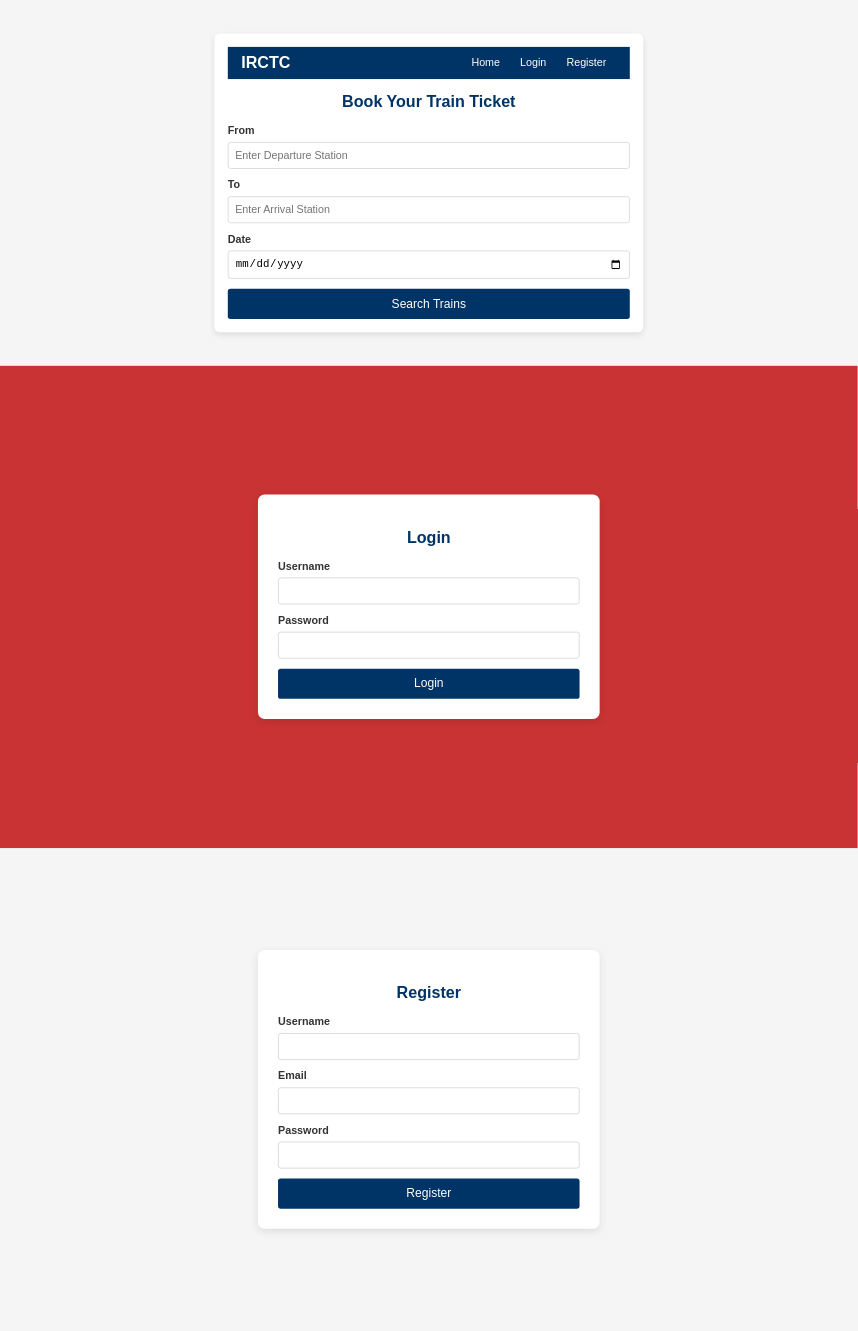
Repository: ssaddamhuss100/IRCTC-Clone
Page: /
An editor plug-in stored every save of this project. The page is shown before and after the next save, followed by the edit.
The browser window is 1280 px wide. The pictures show the whole page, at 67% of full size.
The project was rebuilt for these pictures with package versions that can differ from the ones it lists, and the page was loaded fresh each time. Also part of the build but not shown: vite.config.js, src/components/Header/Header.css, src/components/Header/Header.jsx.

Above is the page before, as saved 2025-01-19 11:55:32.

After the next save:
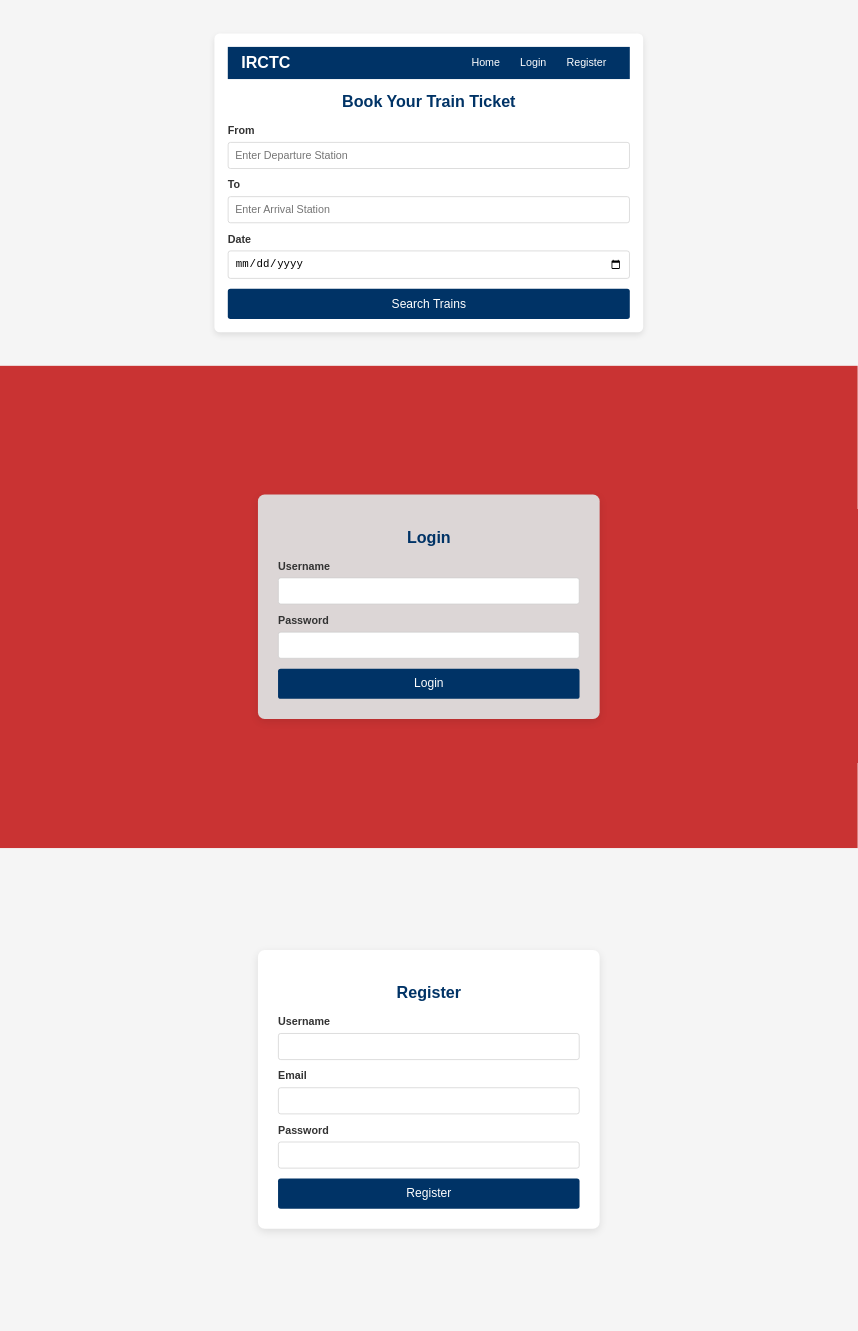
Saved 14 s later.
--- a/src/pages/Login/Login.css
+++ b/src/pages/Login/Login.css
@@ -9,7 +9,7 @@
 
 /* Form box layout similar to IRCTC */
 .login-box {
-  background-color: #ffffff; /* White background for form */
+  background-color: #dcd6d6; /* White background for form */
   padding: 30px;
   border-radius: 10px; /* Rounded corners */
   box-shadow: 0 4px 12px rgba(0, 0, 0, 0.1); /* Soft shadow */

After the save that followed:
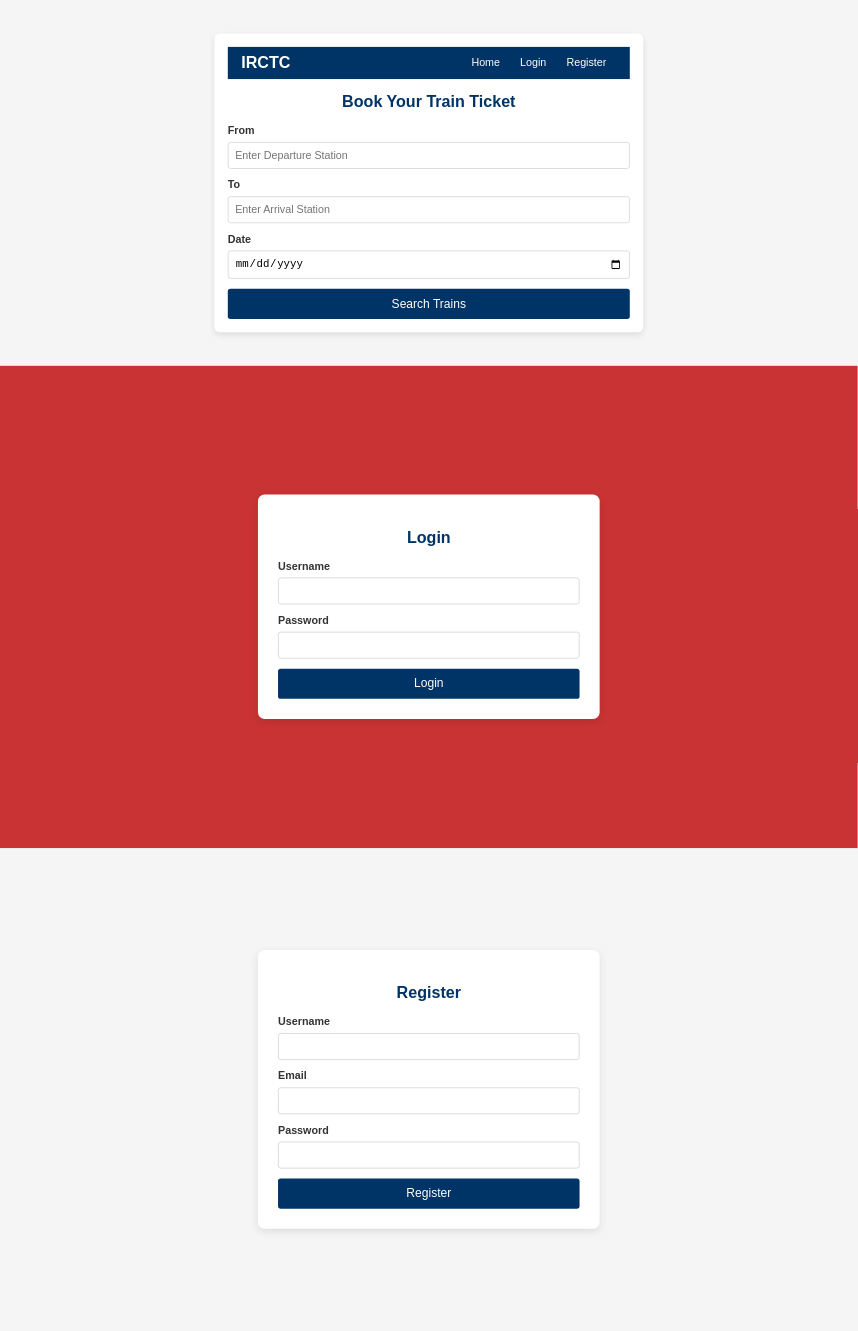
Saved 32 s later.
--- a/src/pages/Login/Login.css
+++ b/src/pages/Login/Login.css
@@ -9,7 +9,7 @@
 
 /* Form box layout similar to IRCTC */
 .login-box {
-  background-color: #dcd6d6; /* White background for form */
+  background-color: #ffffff; /* White background for form */
   padding: 30px;
   border-radius: 10px; /* Rounded corners */
   box-shadow: 0 4px 12px rgba(0, 0, 0, 0.1); /* Soft shadow */
